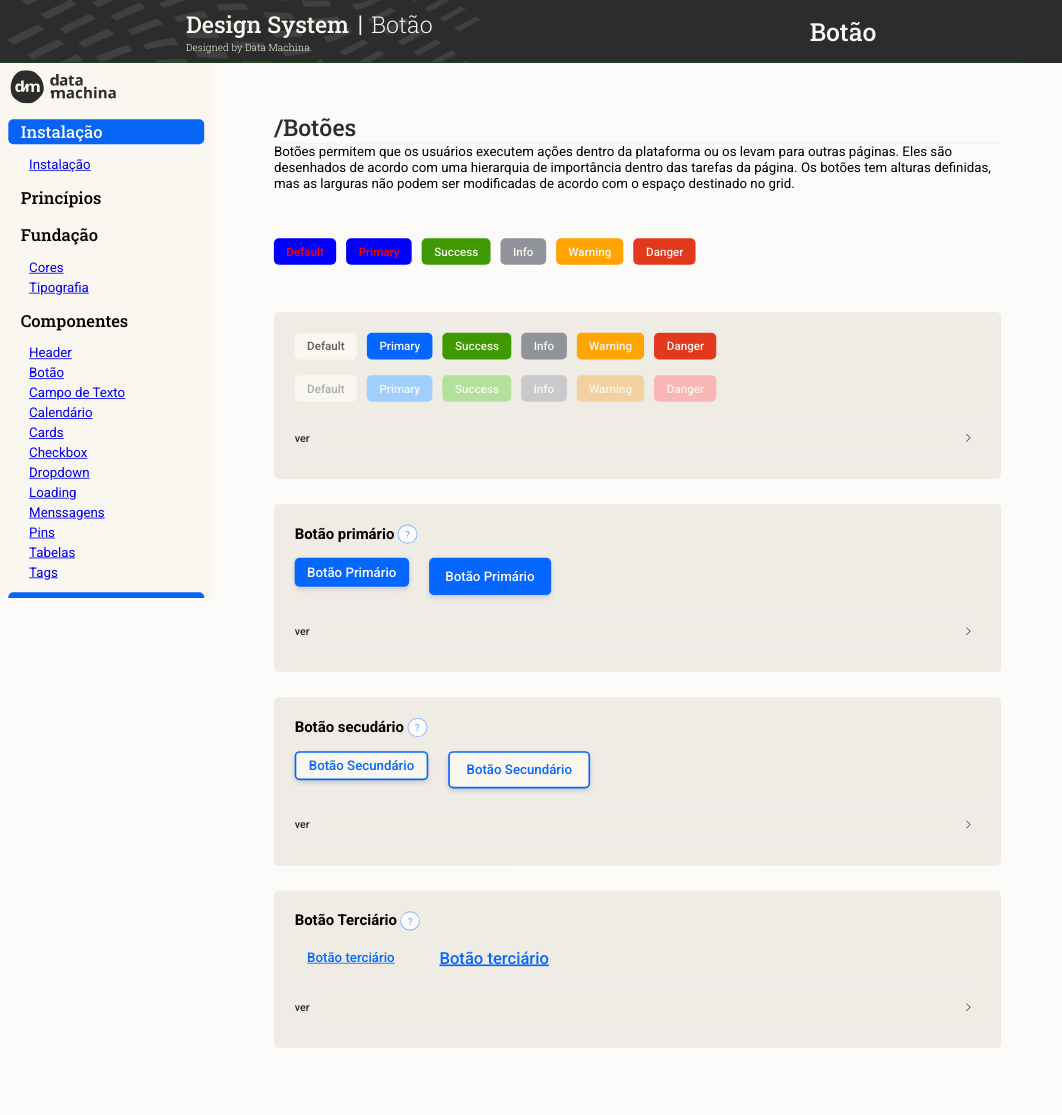
Repository: gustavoemmanoel/DM-Design-System
Page: /#/BotaoDs
These files come from the project's save history. The page is drawn as it stood at one moment and after the next save; the edit follows.
The browser window is 1280 px wide. The pictures show the whole page, at 83% of full size.
The project was rebuilt for these pictures with package versions that can differ from the ones it lists, and the page was loaded fresh each time. Also part of the build but not shown: vue.config.js, src/views/Installation/InstallationEl.vue, src/views/Fundacao/ColorsDs.vue, src/views/Fundacao/IconografiaDs.vue, src/views/Fundacao/TipografiaDs.vue, src/views/Componentes/HeaderPage.vue, src/views/Componentes/CalendarioDs.vue, src/views/Componentes/CampoTextoDs.vue and 9 more.

Above is the page before, as saved 2022-10-20 20:33:12.

After the next save:
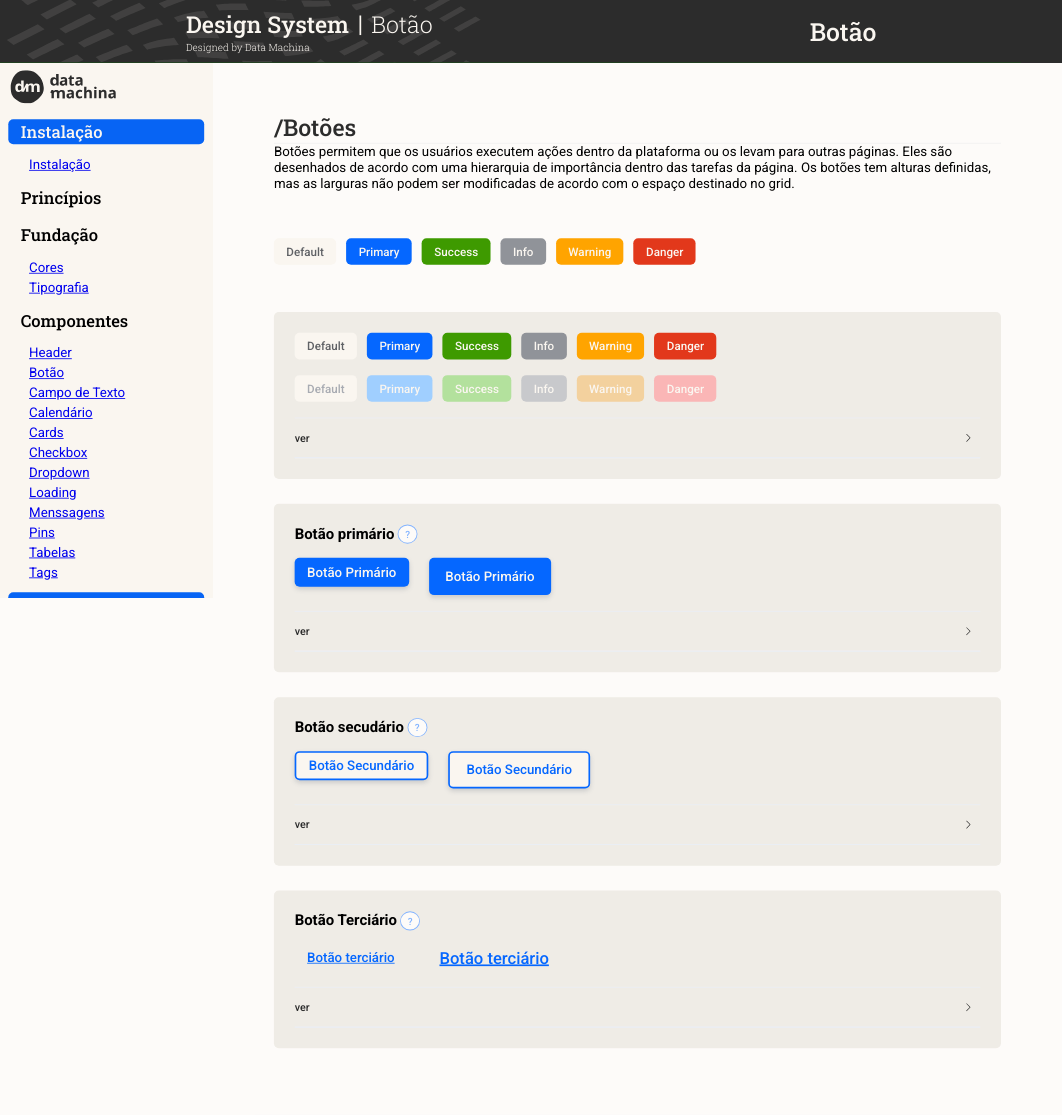
Saved 5 s later.
--- a/src/views/Componentes/BotaoDs.vue
+++ b/src/views/Componentes/BotaoDs.vue
@@ -297,13 +297,4 @@ export default {
   outline: none;
 }
 
-[gregregre] {
-  color: red;
-  background: blue;
-}
-
-[gregregre]:hover {
-  color: yellow;
-  background: green;
-}
 </style>
